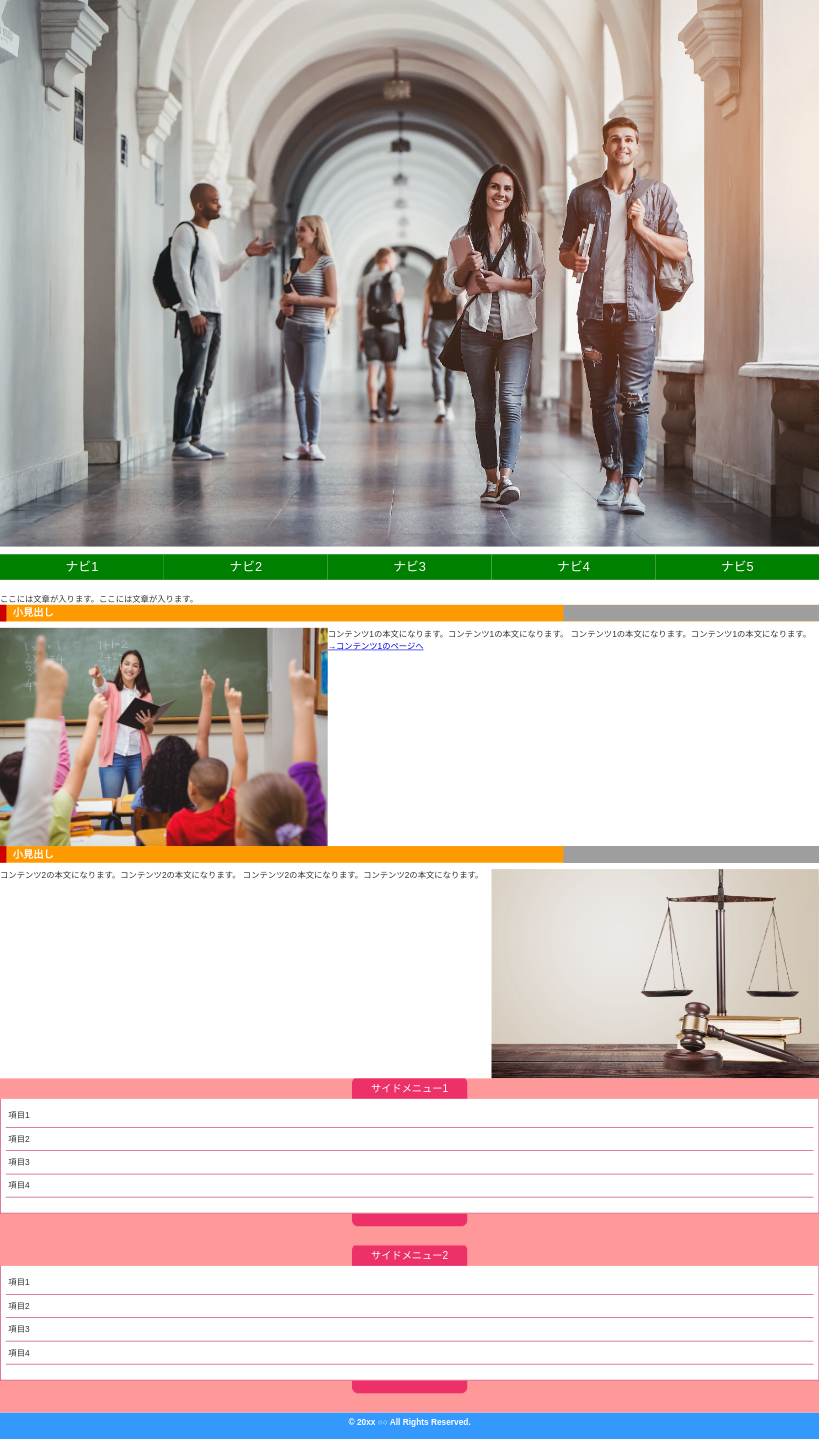
Repository: HeshaRI123/samurai_HTML-CSS
Page: index.html
The author's editor kept a record of every edit. The page is drawn from the files as they stood at one moment, then again after the next edit.
The browser window is 1280 px wide. The pictures show the whole page, at 64% of full size.
Pictures or frames that could not be fetched are drawn as grey boxes.

Above is the page before.

### index.html
<!DOCTYPE html>
<html lang="ja">
<head>
    <meta charset="UTF-8">
        <title>HTML/CSSの学習</title>
        <link rel="stylesheet" href="stylesheet.css">
</head>
<body>
    <div id="header">
        <h1><a href="index.html"><img id="corridor" src="images/corridor.jfif" alt="大学の廊下"></a> </h1>
    </div>
    <div id="wrapper">
        <div id="nav">
            <ul>
                <li><a href="home.html">ナビ1</a></li>
                <li><a href="#">ナビ2</a></li>
                <li><a href="#">ナビ3</a></li>
                <li><a href="#">ナビ4</a></li>
                <li><a href="#">ナビ5</a></li>
            </ul>
        </div>
        <div id="container">
            <div id="main">
                <div class="post">
                    <p>ここには文章が入ります。ここには文章が入ります。</p>
                </div>
                <div class="post clearfix">
                    <h2>小見出し</h2>
                    <img class="left" src="images/classroom.jpg" alt="授業風景" />
                    <p>
                        コンテンツ1の本文になります。コンテンツ1の本文になります。
                        コンテンツ1の本文になります。コンテンツ1の本文になります。
                    </p>
                    <p><a href="#">→コンテンツ1のページへ</a></p>
                </div>
                <div class="post clearfix">
                    <h2>小見出し</h2>
                    <img class="right" src="images/scale.jpg" alt="天秤" />
                    <p>
                        コンテンツ2の本文になります。コンテンツ2の本文になります。
                        コンテンツ2の本文になります。コンテンツ2の本文になります。
                    </p>
                </div>
            </div>
            <div id="side">
                <div class="box">
                    <h2>サイドメニュー1</h2>
                    <div class="boxBody">
                        <ul>
                            <li>項目1</li>
                            <li>項目2</li>
                            <li>項目3</li>
                            <li>項目4</li>
                        </ul>
                    </div>
                </div>
                <div class="box">
                    <h2>サイドメニュー2</h2>
                    <div class="boxBody">
                        <ul>
                            <li>項目1</li>
                            <li>項目2</li>
                            <li>項目3</li>
                            <li>項目4</li>
                        </ul>
                    </div>
                </div>

            </div>
        </div>
    </div>
    <div id="footer">
        <p>&copy; 20xx ○○ All Rights Reserved.</p>
    </div>
</body>
</html>

### stylesheet.css
@charset "utf-8";

body {
	margin: 0;
	padding: 0;
	font-family: "ヒラギノ角ゴ Pro W3", "Hiragino Kaku Gothic Pro", "メイリオ", Meiryo, Osaka, "ＭＳ Ｐゴシック", "MS PGothic", sans-serif;
	color: #333;
	font-size: 13px;
	line-height: 150%;
}

/* -------------------- wrapper -------------------- */
#wrapper {
    width: 100%;
    margin: auto;
    padding: 0px;
    border: 0px;
    background-color: #FFF;
    top: 10px;
    position: relative;
}

/* -------------------- header -------------------- */
#header {
	width: 100%;
}
#header h1 {
	margin: 0;
	padding: 0;
}

#corridor {
	width: 100%;
	height: auto;
}

/* -------------------- footer -------------------- */
#footer {
	clear: both;
	width: 100%;
	padding: 3px 0 3px 0;
	background: #39F;
	color: #FFF;
	font-weight: bold;
	text-align: center;
}

/* -------------------- nav -------------------- */
#nav {
	width: 100%;
}
#nav ul {
	display: flex;
	margin: 0;
	padding: 0;
	list-style-type: none;
}
#nav ul li {
	width: 20%;
	text-align: center;
}
#nav ul li a {
	display: block;
	height: 20px;
	margin: 0;
	padding: 10px;
	color: #FFF;
	font-size: 20px;
	text-decoration: none;
	background-color: green;
}


#nav ul li a:hover {
	filter:  drop-shadow(10px 10px 10px black)
}



/*---------------- container ------------------*/
#container {
    width: 100%;
    margin: auto;
    padding: auto;
    padding-top: 20px;
    clear: both;
    display: grid;
    grid-template-colums: 70vw 30vw;
}

/*---------- main -------------*/
#main {
	width: 85%
    padding: 10px 30px 10px 10px;
}
#main h2 {
    margin: 0 0 10px 0;
    padding: 3px 10px 3px 10px;
    color: #FFF;
    font-size: 16px;
    border-left: solid 10px #c00;
    background: #f90 url(../images/main_h2.jpg) right top repeat-y;
}
#main p {
    margin: 0;
    padding: 0;
}
#main .post {
	magin: 0 0 30px 0;
}

#main .post img .right {
	margin: 0 0 0 8px;
}
#main .post img .left {
	margin: 0 8px 0 0;
}

.right {
	float: right;
	width: 40%;
	height: auto;
}
.left {
	float: left;
	width: 40%;
	height: auto;
}

/*------- clear fix --------*/
.clearfix {
	zoom: 1;
}
.clearfix:after {
	content: "";
	display: block;
	clear: both;
}

/*------- side ---------*/
#side {
	width: 85%
	padding: 20px;
	background-color: #f99;
}
#side .box {
	margin: 0 auto 30px auto;
	padding: 0 0 20px 0;
	background: url(images/side_box.png) bottom no-repeat;
}
#side .box h2 {
	margin: 0;
	padding: 8px;
	text-align: center;
	color: #fff;
	font-size: 16px;
	line-height: 16px;
	font-weight: normal;
	background: url(images/side_box_h2.png) center no-repeat;
}
#side .box .boxBody {
	padding: 8px;
	border-right: solid 1px #c36;
	border-bottom: solid 1px #c36;
	border-left: solid 1px #c36;
	background: #fff;
}
#side .box .boxBody ul {
	margin: 0 0 16px 0;
	padding: 0;
}
#side .box .boxBody ul li {
	padding: 8px 0 8px 4px;
	list-style: none;
	border-bottom: solid 1px #C36
}

#side .box .boxBody ul li:hover {
	padding: 8px 0 8px 4px;
	list-style: none;
	border-bottom: solid 1px #c36;
	box-shadow: 0px 4px 4px rgba(0, 0, 0, 0.3);
}

After the next edit:
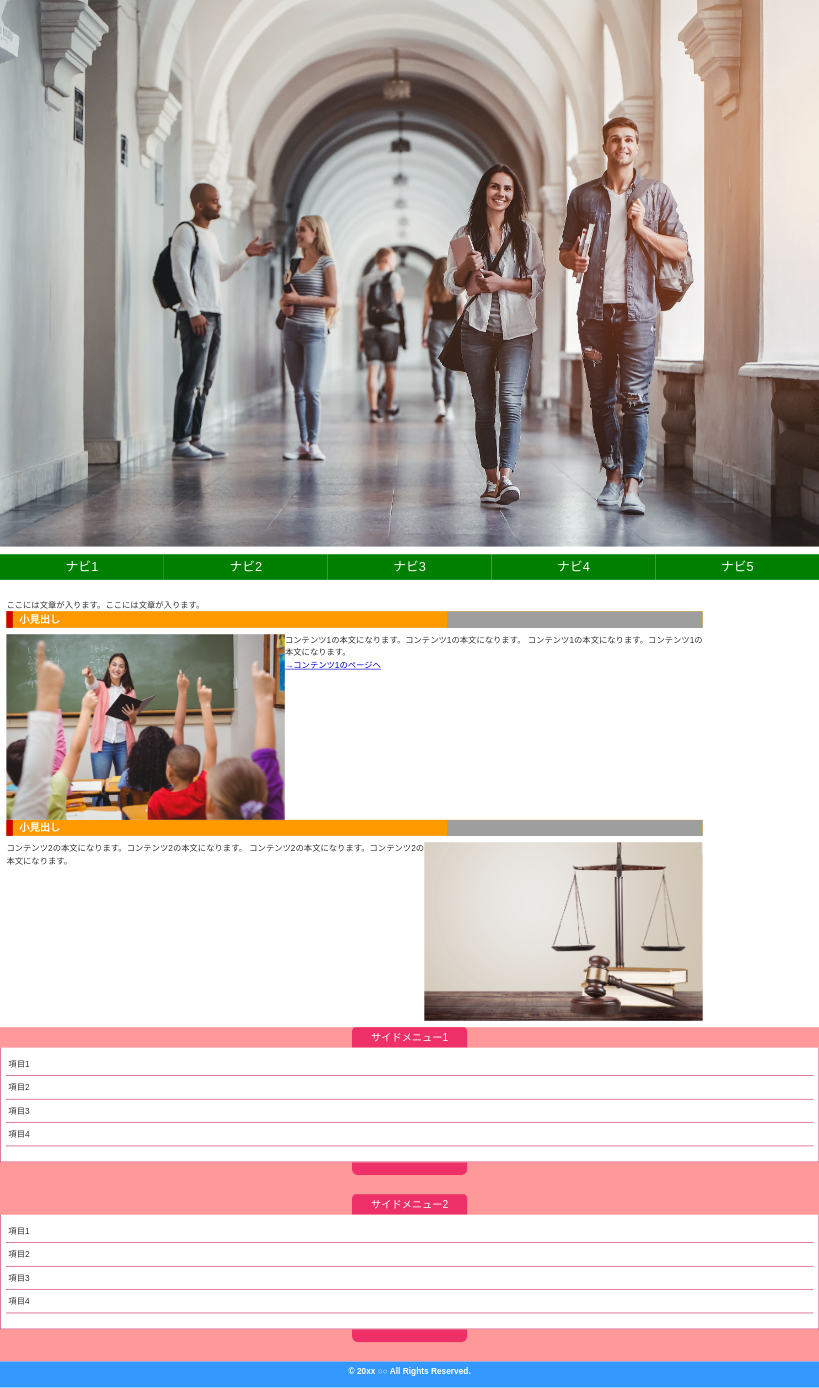
The edit:
--- a/stylesheet.css
+++ b/stylesheet.css
@@ -90,8 +90,8 @@
 
 /*---------- main -------------*/
 #main {
-	width: 85%
-    padding: 10px 30px 10px 10px;
+	width: 85%;
+	padding: 10px 30px 10px 10px;
 }
 #main h2 {
     margin: 0 0 10px 0;
